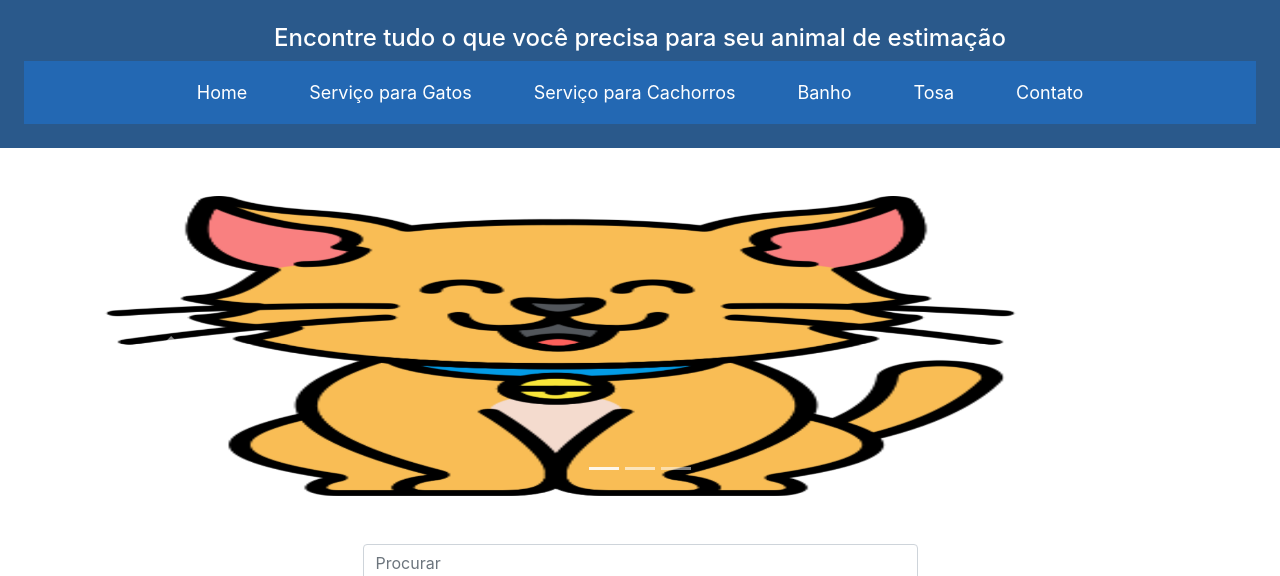
Repository: graeff01/petshop-project
Page: index.html
The author's editor kept a copy of each file at every save. The page is drawn from the files as they stood at one save, then again after the next save.
The browser window is 1280 px wide. The pictures show the part of the page from y = 0 to 576 px (the page is 1956 px tall before and 1756 px after).
A picture or video elsewhere on the page could not be fetched, so the positions and the page height are approximate.

Above is the page before, as saved 2024-09-18 11:08:52.

After the next save:
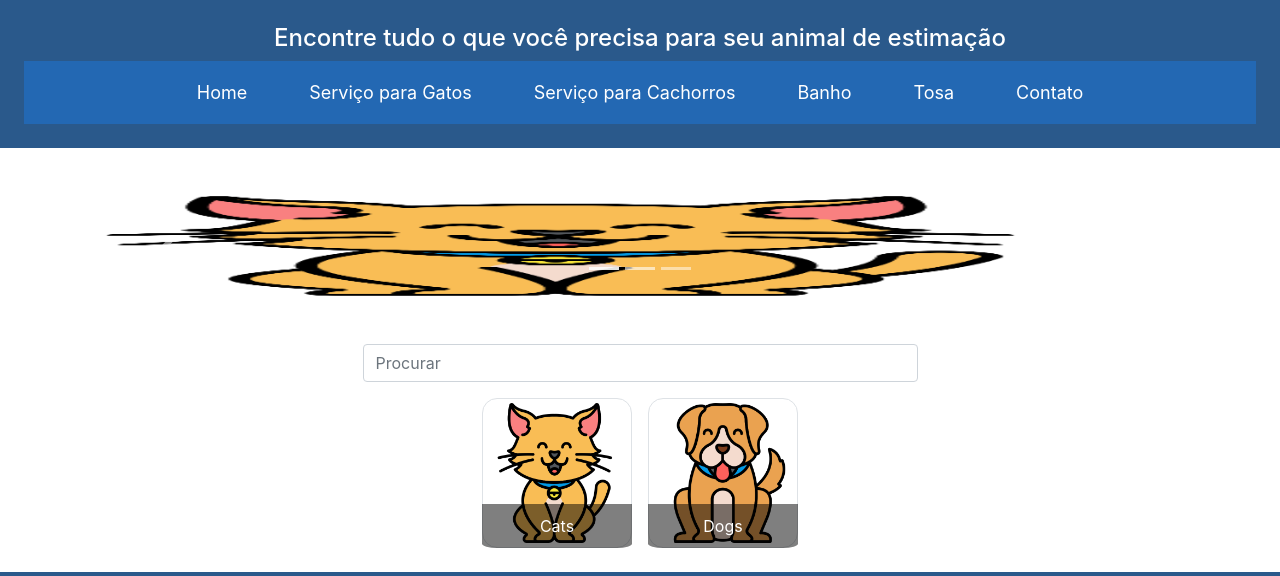
Saved 5 s later.
--- a/css/style.css
+++ b/css/style.css
@@ -62,7 +62,7 @@ nav ul li a:hover {
 
 /* Carrossel */
 .carousel-item img {
-    max-height: 300px;
+    max-height: 100px;
     min-width: 200px;
 }
 
